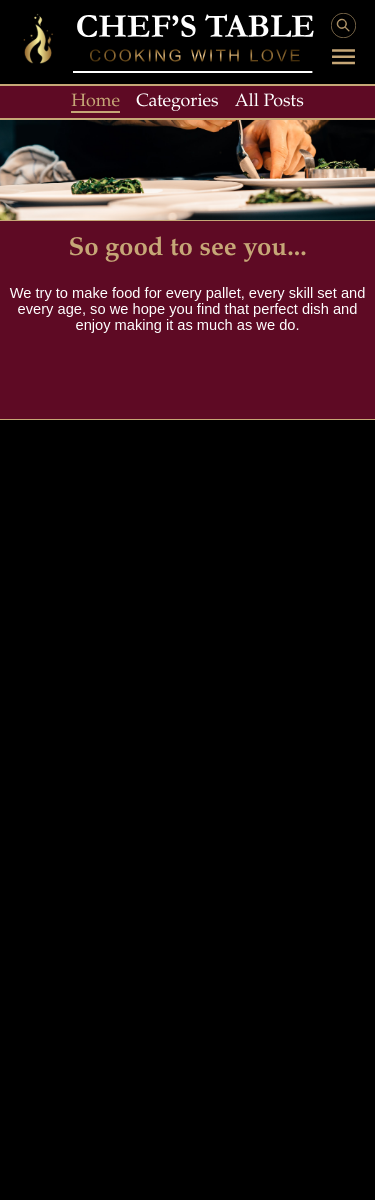
Repository: Noroff-FEU-Assignments/project-exam-1-runeunhjem
Page: index.html
An editor plug-in stored every save of this project. The page is shown before and after the next save, followed by the edit.
The browser window is 375 px wide. The pictures show the whole page.
The page's requests for data from a server got no answer.

Above is the page before, as saved 2023-05-01 13:54:36.

### index.html
<!DOCTYPE html>
<html lang="en">
<head>
  <!-- Hotjar Tracking Code for CHEF'S TABLE -->
  <script>
      (function(h,o,t,j,a,r){
          h.hj=h.hj||function(){(h.hj.q=h.hj.q||[]).push(arguments)};
          h._hjSettings={hjid:3468936,hjsv:6};
          a=o.getElementsByTagName('head')[0];
          r=o.createElement('script');r.async=1;
          r.src=t+h._hjSettings.hjid+j+h._hjSettings.hjsv;
          a.appendChild(r);
      })(window,document,'https://static.hotjar.com/c/hotjar-','.js?sv=');
  </script>
  <meta charset="UTF-8">
  <meta http-equiv="X-UA-Compatible" content="IE=edge">
  <meta name="viewport" content="width=device-width, initial-scale=1.0">
  <meta name="keywords" content="Cooking, Chef, Table, Dinner, Dessert, Cousine, Recipes, Food">
  <meta name="description" content="A blog with recipes for only the best and juiciest dishes">
  <link rel="stylesheet" href="css/styles.css">
  <link rel="stylesheet" href="css/out-of-view-menu-text.css">
  <link rel="shortcut icon" href="favicon.ico" type="image/x-icon">
  <script defer src="js/posts.js" type="module"></script>
  <script defer src="js/searchbar.js"></script>
  <script defer src="js/script.js" type="module"></script>
  <title>CHEF'S TABLE | Home</title>
</head>
<body>
  <header class="header-desktop header-mobile" aria-label="Header">
    <div class="header-container">
      <div class="header-flame-logo head-item">
        <a href="index.html" aria-label="Home">
          <img src="images/logo-flame.svg" class="flame-logo" alt="Chef's Table Flame Logo">
          <span class="out-of-view-menu-text">Home</span>
        </a>
      </div>
      <div class="header-text-logo head-item">
        <img src="images/mob-logo-text.svg" id="logo-text" alt="Chef's Table Text Logo">
      </div>
        <div class="search-and-menu header-icons head-item">
          <div class="search-icon">
            <img src="images/ico-search.svg" alt="Search Icon">
          </div>
          <div class="menu-icon">
            <img src="images/ico-menu.svg" alt="Menu Icon">
          </div>
        </div>
    </div>
    <nav class="main-navigation" aria-label="Main Navigation">
      <div class="nav-container">
        <div class="desk-menu mob-menu menu">
            <ul class="search-bar nav-bar">
              <li><a href="index.html" class="active">Home</a></li>
              <li><a href="categories.html">Categories</a></li>
              <li><a href="all-posts.html">All Posts</a></li>
              <li class="desktop-only tablet"><a href="latest-posts.html">Latest Posts</a></li>
              <li class="desktop-only tablet"><a href="image-gallery.html">Image Gallery</a></li>
              <li class="desktop-only"><a href="contact.html">Contact</a></li>
              <li class="desktop-only"><a href="about.html">About</a></li>
              <li class="desktop-only"><a href="add-new-post.html">Add New Post</a></li>
            </ul>
            <div class="search-container">
              <form>
                <input type="text" placeholder="Search..." aria-label="Search for recipes">
                <button type="submit" class="search-button">
                  <div class="searchbar-icon">
                    <img src="images/ico-search.svg" alt="Search Icon">
                  </div>
                </button>
              </form>
            </div>
          </div>
        </div>
    </nav>
  </header>
  <main class="index" aria-label="Main Section">
    <div class="hero-image post-preview" id="post-preview"></div>
    <div class ="thank-you-note">
      <h3 class="so-god-to-see-you">So good to see you...</h3>
      <p class="enjoy-note">We try to make food for every pallet, every skill set and every age, so we hope you find that perfect dish and enjoy making it as much as we do.</p>
    </div>
    <div class="carousel-home" id="carousel-home"></div>
  </main>
  <footer>
  </footer>
</body>
</html>

### css/styles.css
:root {
  --color-black: #000000;
  --color-white: #FFFFFF;
  --color-grey: #D9D9D9;
  --color-gold: #C6A777;
  --color-red: #A60033;
  --color-burgundy: #5E0A24;
  --border-radius-50: 50%;
  --border-radius-10: 10%;
  --border-1px-gold: 1px solid var(--color-gold);
  --border-2px-gold: 2px solid var(--color-gold);
  --font-family-elegant: "Garamond", "Times New Roman", serif;
  --font-family-normal: "Arial", "Helvetica", sans-serif;
}

*, *:before, *:after {
  box-sizing: inherit;
}

body {
  margin: 0;
  box-sizing: border-box;
  background-color: var(--color-black);
  color: var(--color-white);
  min-height: 150vh;
}

header {
  display: flex;
  justify-content: center;
  flex-wrap: wrap;
}

img {
  max-width: 100%;
  max-height: 100%;
}

.header-container {
  display: flex;
  justify-content: space-around;
  align-items: center;
  margin: 0.5em 1em 0.7em 1em;
  box-sizing: border-box;
  max-height: 100%;
  width: 90vw;
  max-width: 970px;
  gap: 1em;
}
.header-container .flame-logo {
  max-height: 100px;
}

.header-text-logo {
  display: flex;
  align-items: flex-start;
}

.search-icon, .menu-icon {
  display: flex;
  justify-content: center;
  align-items: flex-end;
}

.search-and-menu {
  gap: 0.5em;
}

.head-item {
  display: flex;
  flex-direction: column;
  align-items: center;
  justify-content: center;
}

.main-navigation {
  display: flex;
  justify-content: center;
  align-items: center;
  height: auto;
  max-width: 100%;
  max-height: 100%;
}

.nav-container .menu {
  background-color: var(--color-burgundy);
  border-top: var(--border-2px-gold);
  border-bottom: var(--border-2px-gold);
  display: flex;
  flex-direction: column;
  justify-content: center;
  align-items: center;
  width: 100vw;
  min-height: 36px;
  height: 4vw;
  max-height: 48px;
}
.nav-container ul {
  display: flex;
  justify-content: space-around;
  gap: 1em;
  padding: 0;
  margin: 0;
  align-items: center;
}
.nav-container a {
  font-family: var(--font-family-elegant);
  font-size: calc(1rem + 0.5vw);
  color: var(--color-white);
  text-decoration: none;
}
.nav-container .hide {
  display: none;
}
.nav-container a:hover {
  color: var(--color-gold);
}
.nav-container li {
  list-style: none;
}
.nav-container .active {
  color: var(--color-gold);
  border-bottom: var(--border-2px-gold);
}

.search-container {
  display: none;
}

.show {
  display: flex;
  justify-content: center;
  align-items: center;
  max-width: 970px;
}
.show form {
  display: flex;
  justify-content: center;
  align-items: center;
  gap: 0.5em;
}
.show form input {
  text-indent: 0.5em;
  font-size: 1.2rem;
  background-color: var(--color-black);
  color: var(--color-white);
  border: var(--border-1px-gold);
  min-height: 24px;
  height: 2vw;
  min-width: 250px;
  border-radius: 6px;
}
.show form .search-button {
  border-radius: var(--border-radius-50);
  padding: 0;
  margin: 0;
  background-color: var(--color-burgundy);
  border: 1px solid var(--color-burgundy);
  min-height: 24px;
  height: 2vw;
}
.show img {
  min-height: 24px;
  height: 2vw;
}

main {
  display: flex;
  flex-direction: column;
  justify-content: flex-start;
  align-items: center;
}

.hero-image {
  background-image: url(../images/hero-image.png);
  background-size: cover;
  background-repeat: no-repeat;
  background-position: center bottom;
  width: 100vw;
  height: 279px;
}

.thank-you-note {
  display: flex;
  flex-direction: column;
  justify-content: flex-start;
  text-align: center;
  width: 100%;
  height: 200px;
  background-color: var(--color-burgundy);
  color: var(--color-white);
  border-top: var(--border-1px-gold);
  border-bottom: var(--border-1px-gold);
}

.so-god-to-see-you {
  margin: 0.5em auto;
  font-family: var(--font-family-elegant);
  font-size: calc(1.5rem + 0.5vw);
  color: var(--color-gold);
}

.enjoy-note {
  margin: 0.5em auto;
  font-family: var(--font-family-normal);
  font-size: calc(0.8rem + 0.5vw);
}

.carousel-home {
  display: flex;
  justify-content: flex-start;
  align-items: flex-start;
  width: 80vw;
  margin-bottom: 2em;
  gap: 1em;
}

.post-container {
  border: var(--border-1px-gold);
  border-radius: 6px;
  padding: 0.5em;
  height: 295px;
  width: 243px;
}

.post-image-container {
  width: 213px;
  height: 110px;
  padding-bottom: 56.25%; /* 16:9 aspect ratio */
  background-size: cover;
  background-position: center center;
  border-top-left-radius: 6px;
  border-top-right-radius: 6px;
}

.post-title {
  font-family: var(--font-family-elegant);
  font-size: 1.2rem;
  font-weight: bold;
  color: var(--color-gold);
  height: 40px;
  margin: 0.4em 0 0 0;
}

.post-tagline {
  font-family: var(--font-family-normal);
  margin: 0.4em 0;
  font-size: 0.9rem;
  height: 32px;
}

.post-tags {
  font-family: var(--font-family-normal);
  font-size: 0.8rem;
  margin: 0 0 0.6em 0;
  height: 48px;
  line-height: 1.35;
}

.post-added {
  font-family: var(--font-family-normal);
  font-size: 0.7rem;
  margin: 0;
}

@media screen and (max-width: 768px) {
  .desktop-only {
    display: none;
  }
  .tablet {
    display: block;
  }
  .hero-image {
    background-image: url(../images/hero-image.png);
    height: 180px;
  }
}
@media screen and (max-width: 460px) {
  .tablet {
    display: none;
  }
  .hero-image {
    background-image: url(../images/hero-image.png);
    height: 100px;
  }
}/*# sourceMappingURL=styles_20230501135422.css.map */

### css/out-of-view-menu-text.css
.out-of-view-menu-text {
  position: absolute;
  left: -10000px;
}

### js/posts.js
const apiUrl = "https://wordpress.runeunhjem.no/wp-json/wp/v2/posts?per_page=50";
let posts = [];

async function getPosts() {
  try {
    const response = await fetch(apiUrl);
    const result = await response.json();
    console.log(result);

    for (const item of result) {
      const categoriesResponse = await fetch(item._links["wp:term"][0].href);
      const categoriesResult = await categoriesResponse.json();
      const categories = categoriesResult.map(category => category.name);

      const tagsResponse = await fetch(item._links["wp:term"][1].href);
      const tagsResult = await tagsResponse.json();
      const tags = tagsResult
        .filter((tag) => tag.name !== "ep1" && tag.name !== "food").map((tag) => tag.name);

      const post = {
        postId: item.id,
        title: item.title.rendered.replace(/&amp;/g, "&"),
        shortDescription: item.content.rendered.match(/<p>(.*?)<\/p>/)[1].trim(),
        tags: tags,
        date: new Date(item.date),
        categories: categories,
        image: item.content.rendered.match(/src="([^"]*)"/)[1],
        instructions: item.content.rendered.match(/<ol>(.*?)<\/ol>/s)[0],
        recipe: item.content.rendered.match(/Ingredients:([\s\S]*?)<ol>/)[1].trim(),
      };
      posts.push(post);
    // for (const item of result) {
    //   // fetch categories and tags for the post

    //   const post = {
    //     postId: item.id,
    //     title: item.title.rendered.replace(/&/g, "&amp;"),
    //     categories: categories,
    //     tags: tags,
    //     image: item.content.rendered.match(/src="([^"]*)"/)[1],
    //     instructions: item.content.rendered.match(/<ol>(.*?)<\/ol>/s)[0],
    //     recipe: item.content.rendered.match(/Ingredients:([\s\S]*?)<ol>/)[1].trim(),
    //     shortDescription: item.excerpt.rendered.replace(/(<([^>]+)>)/gi, "").trim()
    //   };
    //   posts.push(post);
    };
  } catch (error) {
    console.log(error);
  };
};

export { getPosts, posts };

### js/script.js
import { getPosts, posts } from "./posts.js";

(async function () {
  await getPosts();
  console.log("posts is: ", posts);

  const carousel = document.getElementById("carousel-home");

  for (const post of posts) {
    const postContainer = document.createElement("div");
    postContainer.classList.add("post-container");

    const container = document.createElement("div");
    container.classList.add("post-image-container");
    postContainer.appendChild(container);

    const image = new Image();
    image.onload = function () {
      container.style.backgroundImage = `url(${image.src})`;
    };
    image.src = post.image;

    const title = document.createElement("h2");
    title.classList.add("post-title");
    title.textContent = post.title;
    postContainer.appendChild(title);

    const tagLine = document.createElement("p");
    tagLine.classList.add("post-tagline");
    tagLine.textContent = post.shortDescription;
    postContainer.appendChild(tagLine);

    const tags = document.createElement("p");
    tags.classList.add("post-tags");
    tags.textContent = `Tags: ${post.tags.join(", ")}`;
    postContainer.appendChild(tags);

    const date = new Date(post.date);
    const dateString = `${date.toLocaleString("default", { month: "short" })} ${date.getDate()}, ${date.getFullYear()}`;
    const added = document.createElement("p");
    added.classList.add("post-added");
    added.textContent = `Added: ${dateString}`;
    postContainer.appendChild(added);


    // const categories = document.createElement("p");
    // categories.textContent = `Categories: ${post.categories.join(", ")}`;
    // postContainer.appendChild(categories);


    // const instructions = document.createElement("div");
    // instructions.innerHTML = post.instructions;
    // postContainer.appendChild(instructions);

    // const recipe = document.createElement("div");
    // recipe.innerHTML = post.recipe;
    // postContainer.appendChild(recipe);

    carousel.appendChild(postContainer);
  }
})();

### js/searchbar.js
const searchIcon = document.querySelector(".search-icon");
const searchContainer = document.querySelector(".search-container");
const navContainer = document.querySelector(".search-bar");

searchIcon.addEventListener("click", function () {
  searchContainer.classList.toggle("show");
  navContainer.classList.toggle("hide");
});

After the next save:
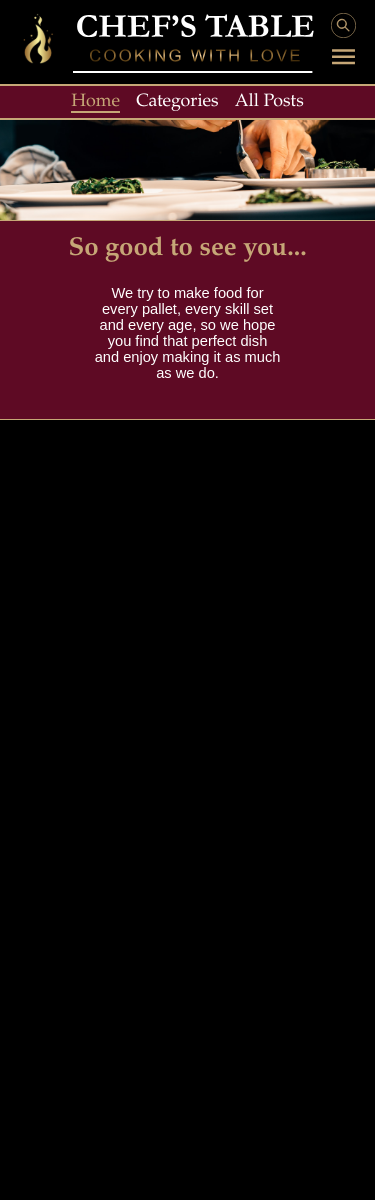
Saved 2 s later.
--- a/css/styles.css
+++ b/css/styles.css
@@ -201,6 +201,7 @@ main {
 }
 
 .enjoy-note {
+  width: 50vw;
   margin: 0.5em auto;
   font-family: var(--font-family-normal);
   font-size: calc(0.8rem + 0.5vw);
@@ -283,4 +284,4 @@ main {
     background-image: url(../images/hero-image.png);
     height: 100px;
   }
-}/*# sourceMappingURL=styles_20230501135422.css.map */
+}/*# sourceMappingURL=styles_20230501135438.css.map */
